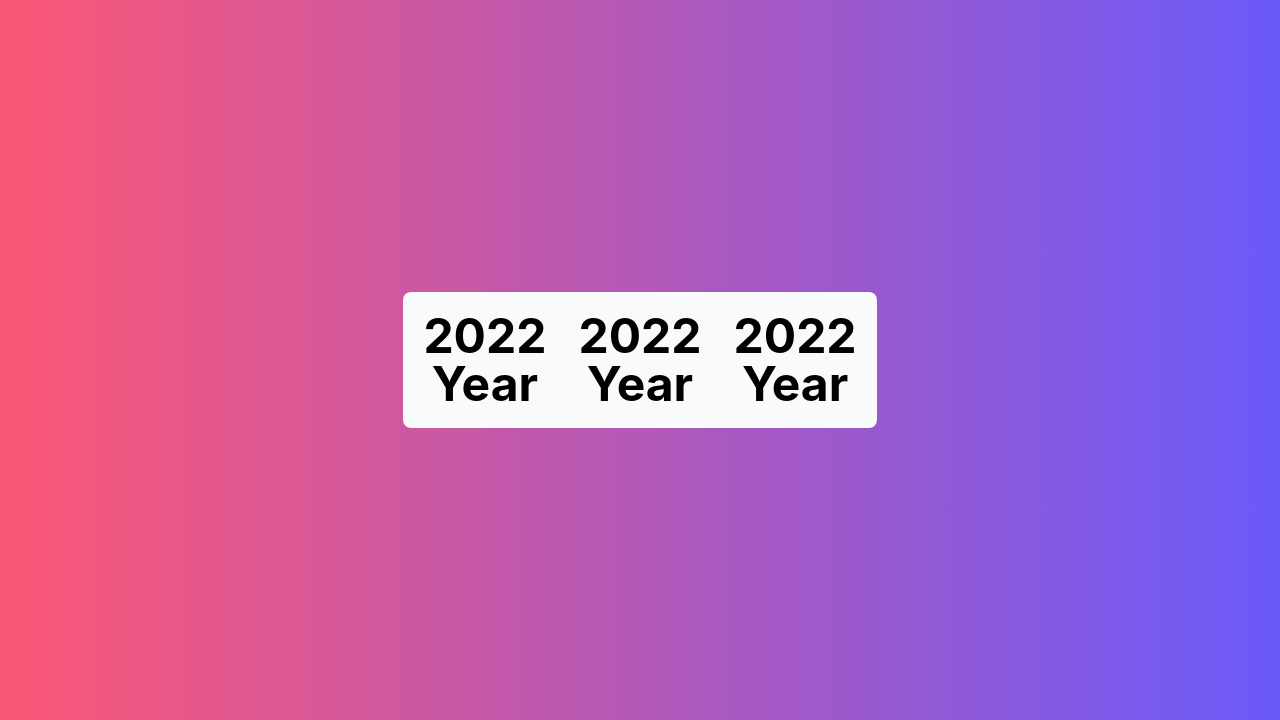
Repository: huynhsang96/bt_codegymHook
Page: /
The author's editor kept a copy of each file at every save. The page is drawn from the files as they stood at one save, then again after the next save.
The browser window is 1280 px wide. The pictures show the whole page.
The project was rebuilt for these pictures with package versions that can differ from the ones it lists, and the page was loaded fresh each time.

Above is the page before, as saved 2022-04-29 16:34:22.

After the next save:
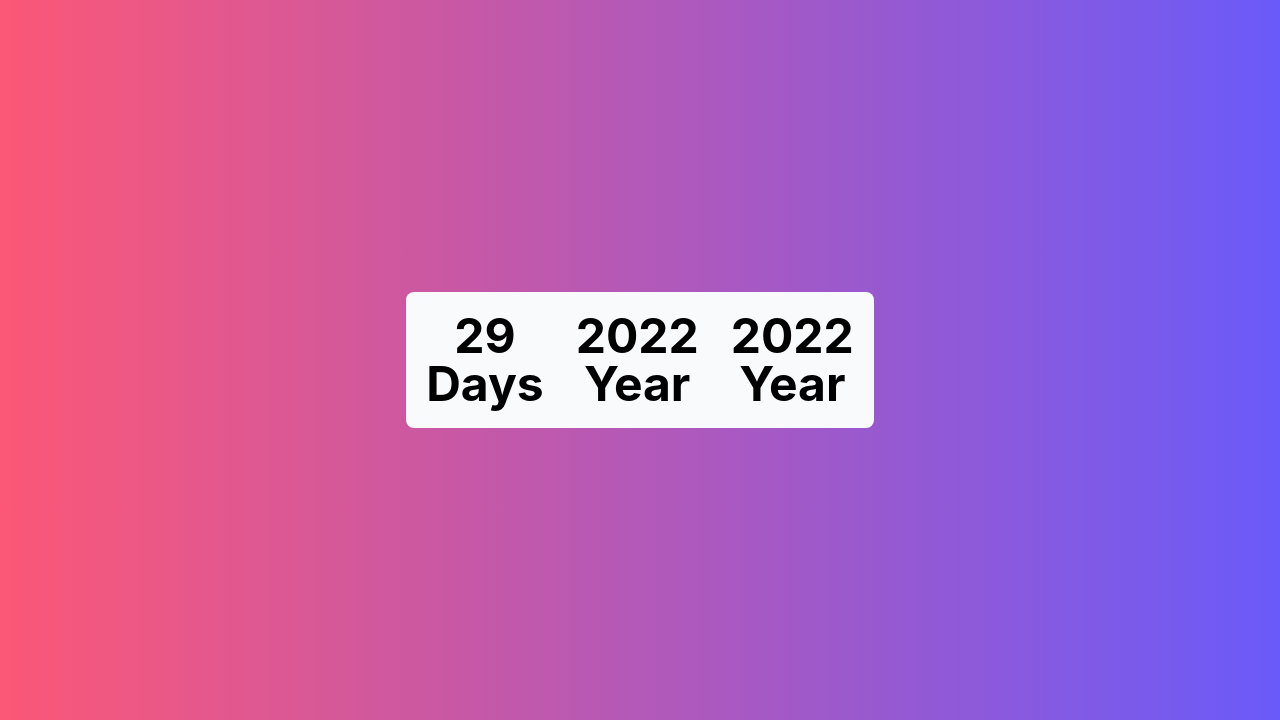
Saved 25 s later.
--- a/src/component/ClockHook/Clock.js
+++ b/src/component/ClockHook/Clock.js
@@ -21,8 +21,8 @@ const Clock = () => {
 		<div className="p-5 w-full h-full mx-auto">
 			<ul className="flex flex-row gap-8 bg-slate-50 p-5 rounded-lg">
 				<li className="flex flex-col justify-center text-center">
-					<span className="font-bold text-5xl">{years}</span>
-					<span className="font-bold text-5xl">Year</span>
+					<span className="font-bold text-5xl">{days}</span>
+					<span className="font-bold text-5xl">Days</span>
 				</li>
 				<li className="flex flex-col justify-center text-center">
 					<span className="font-bold text-5xl">{years}</span>
